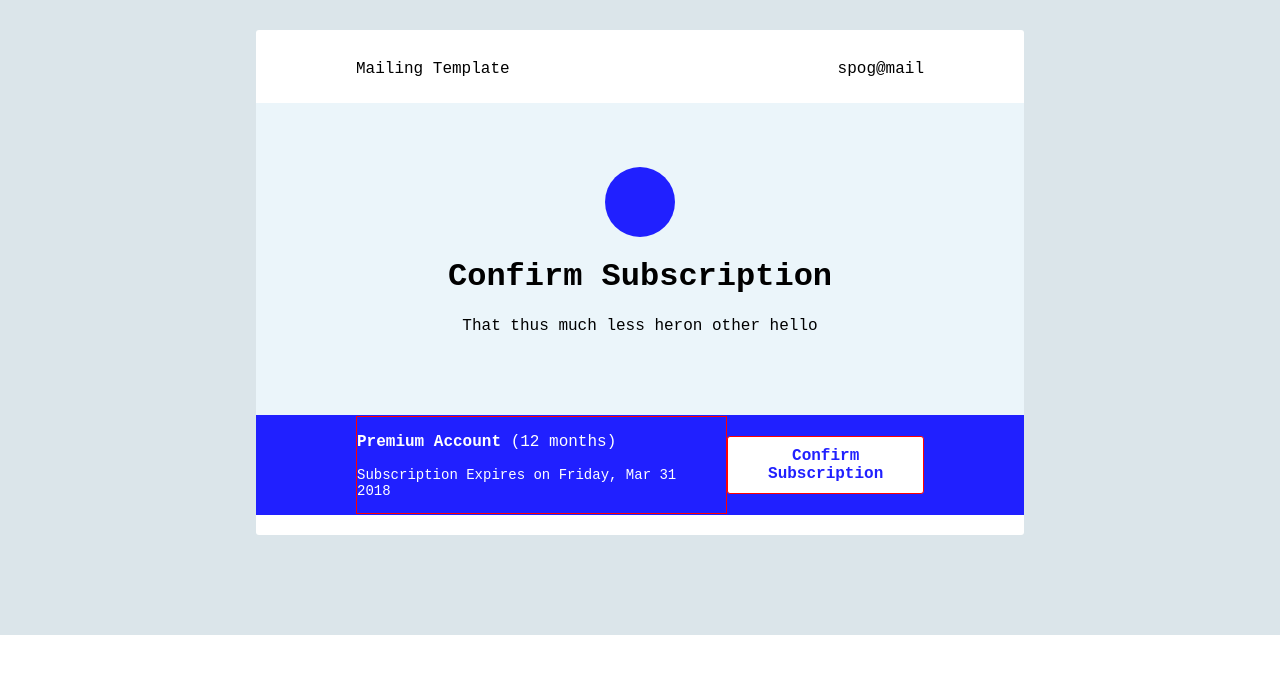
Repository: Lecon-Git/Appmail-Template
Page: mail.html
An editor plug-in stored every save of this project. The page is shown before and after the next save, followed by the edit.
The browser window is 1280 px wide. The pictures show the whole page.

Above is the page before, as saved 2021-11-01 22:05:52.

After the next save:
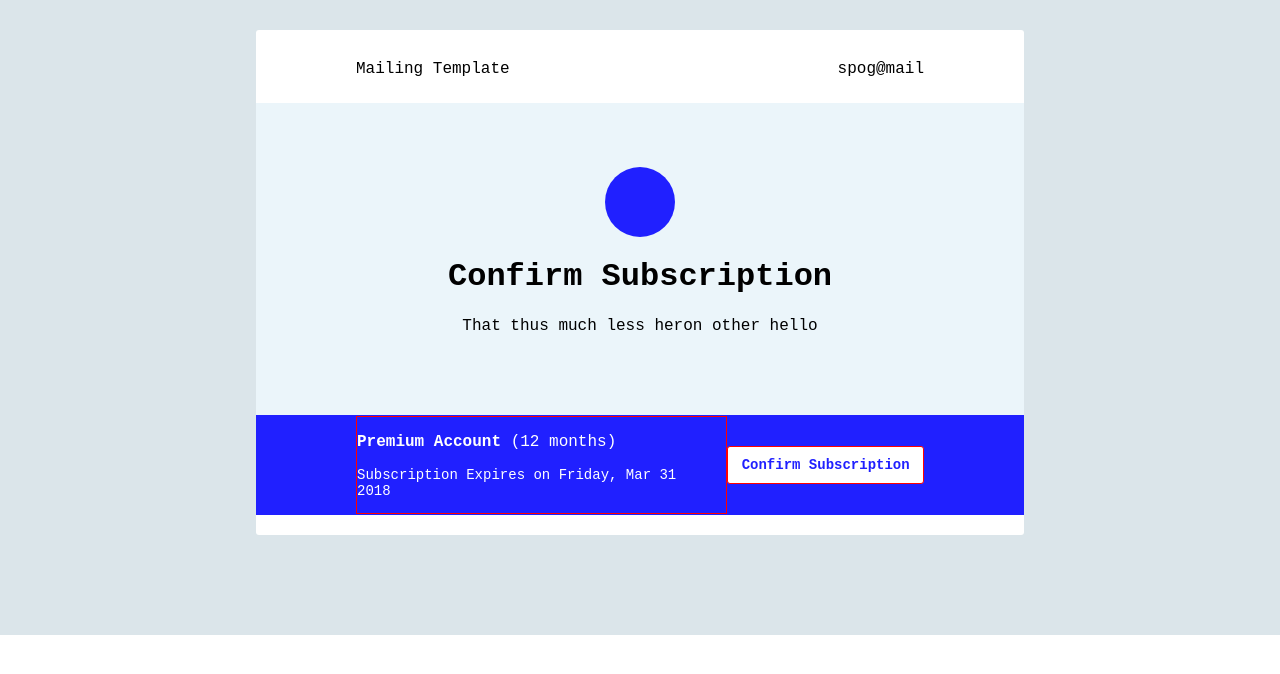
Saved 7 s later.
--- a/css/mail.css
+++ b/css/mail.css
@@ -72,7 +72,7 @@ body {
 .sub_btn {
     border: 1px solid red;
     flex: 1;
-    font-size: 16px;
+    font-size: 14px;
     background-color: #fff;
     color: #2020ff;
     padding: 10px;
